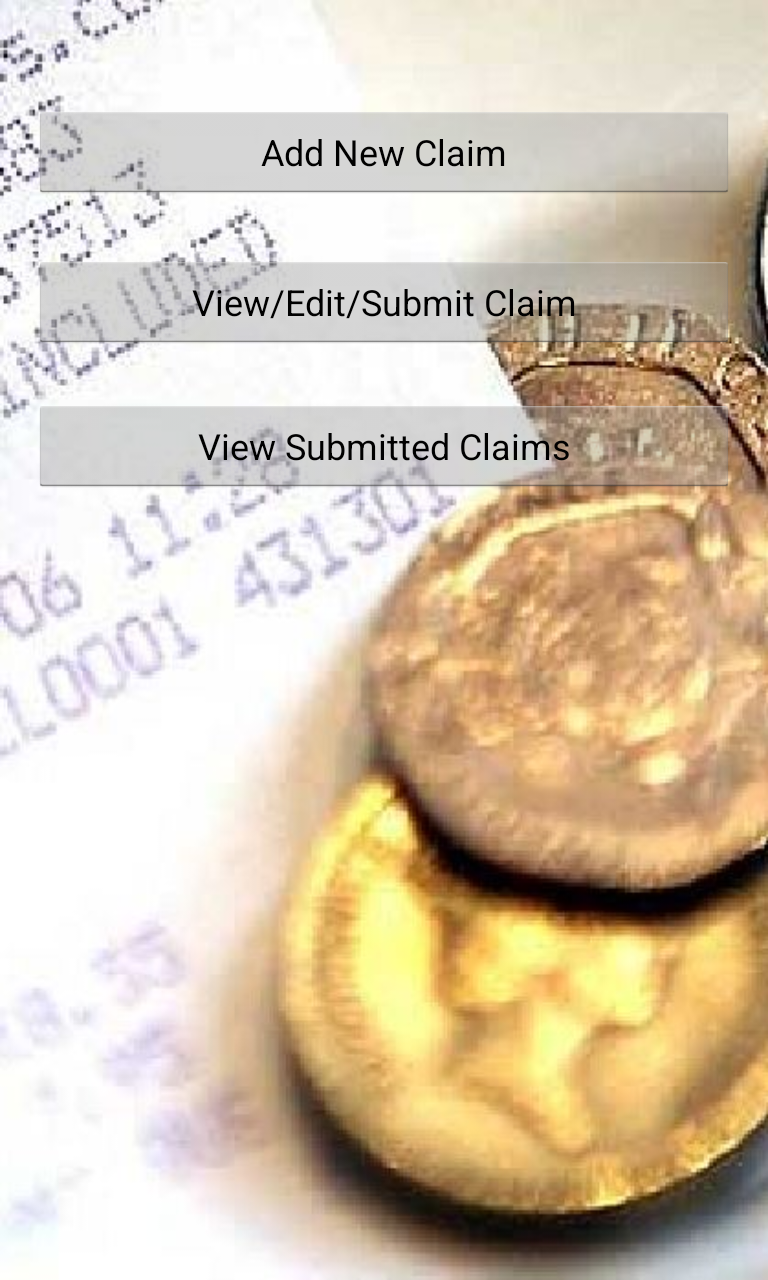
Repository: eorodrig/eorodrigTravelLogger
Layout: TravelLogger/res/layout/activity_main.xml
An editor plug-in stored every save of this project. The layout is shown before and after the next save, followed by the edit.
It is drawn on a 768 x 1280 px phone screen (xhdpi) without system bars, with theme AppTheme; the app's code is not run.

Above is the layout before, as saved 2015-01-16 05:39:35.

After the next save:
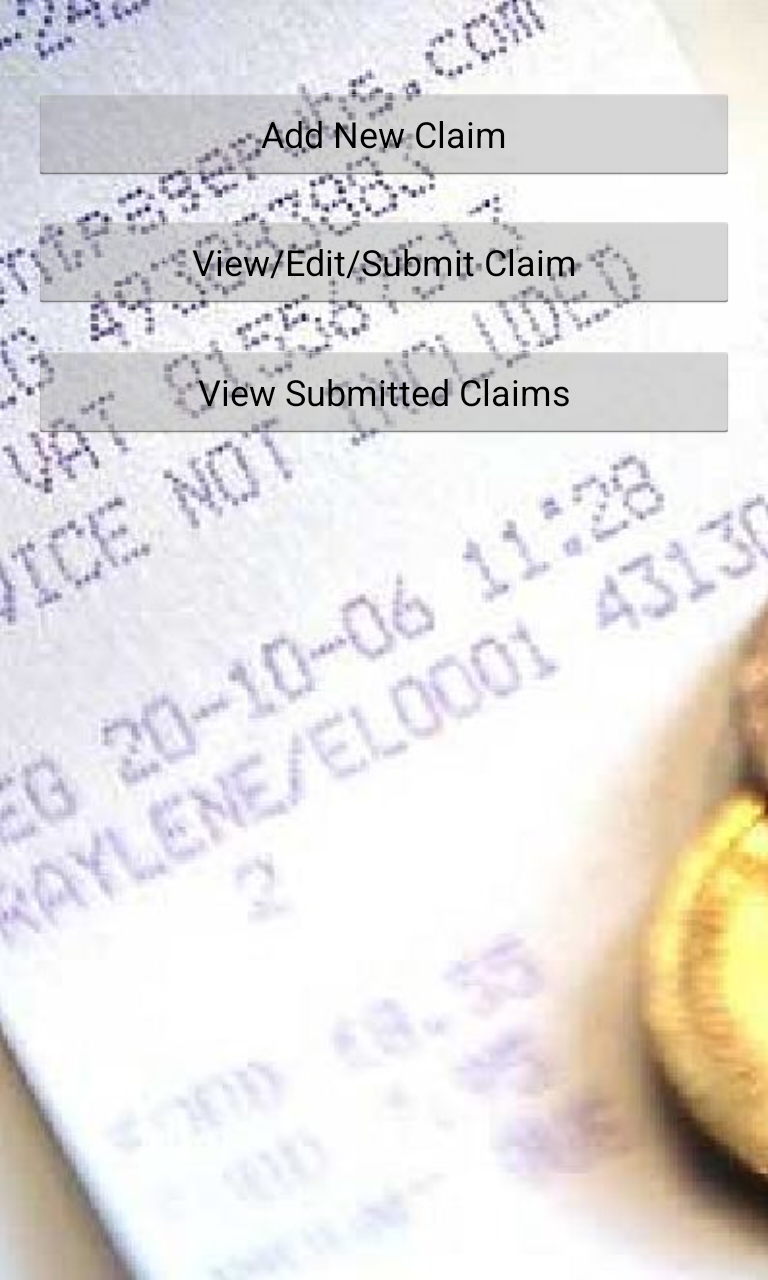
Saved 85 s later.
--- a/TravelLogger/res/layout/activity_main.xml
+++ b/TravelLogger/res/layout/activity_main.xml
@@ -3,7 +3,7 @@
     android:id="@+id/MainMenuLayout"
     android:layout_width="match_parent"
     android:layout_height="match_parent"
-    android:background="@drawable/servicecharge"
+    android:background="@drawable/servicecharge2"
     android:orientation="vertical"
     android:paddingBottom="@dimen/activity_vertical_margin"
     android:paddingLeft="@dimen/activity_horizontal_margin"
@@ -12,12 +12,21 @@
     tools:context="com.example.travellogger.MainActivity" >
 
     <Button
+        android:id="@+id/MenuNewClaimButton"
+        android:layout_width="match_parent"
+        android:layout_height="wrap_content"
+        android:layout_alignParentTop="true"
+        android:layout_centerHorizontal="true"
+        android:layout_marginTop="27dp"
+        android:text="Add New Claim" />
+
+    <Button
         android:id="@+id/ViewEditSubmitClaimButton"
         android:layout_width="match_parent"
         android:layout_height="wrap_content"
         android:layout_alignLeft="@+id/MenuNewClaimButton"
         android:layout_below="@+id/MenuNewClaimButton"
-        android:layout_marginTop="27dp"
+        android:layout_marginTop="16dp"
         android:text="View/Edit/Submit Claim" />
 
     <Button
@@ -26,16 +35,7 @@
         android:layout_height="wrap_content"
         android:layout_alignLeft="@+id/ViewEditSubmitClaimButton"
         android:layout_below="@+id/ViewEditSubmitClaimButton"
-        android:layout_marginTop="24dp"
+        android:layout_marginTop="17dp"
         android:text="View Submitted Claims" />
 
-    <Button
-        android:id="@+id/MenuNewClaimButton"
-        android:layout_width="match_parent"
-        android:layout_height="wrap_content"
-        android:layout_alignParentTop="true"
-        android:layout_centerHorizontal="true"
-        android:layout_marginTop="36dp"
-        android:text="Add New Claim" />
-
 </RelativeLayout>
